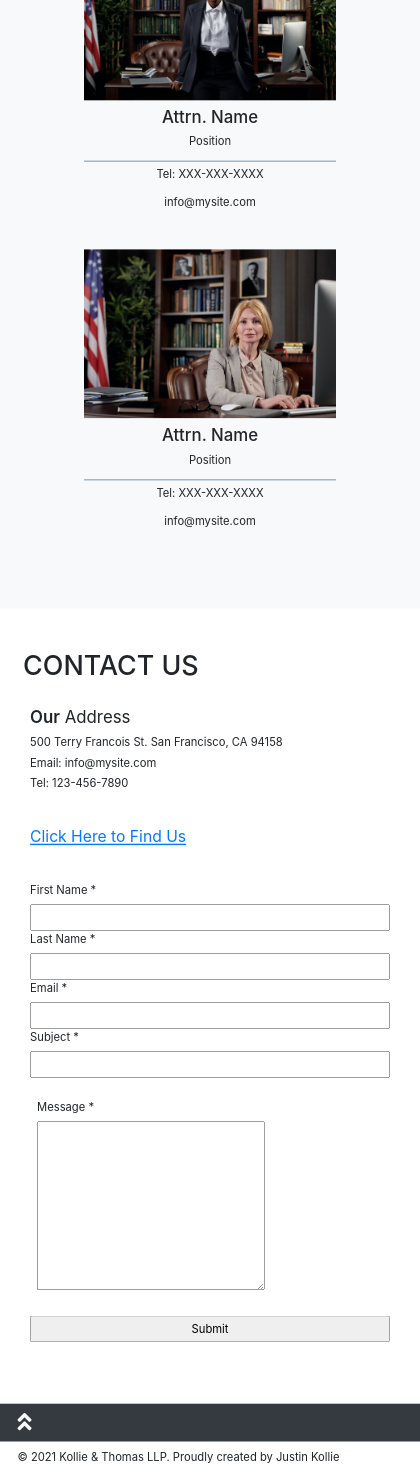
Repository: just-mann/kolllie-kolliellp
Page: index.html
An editor plug-in stored every save of this project. The page is shown before and after a run of saves, followed by the edit.
The browser window is 600 px wide. The pictures show the part of the page from y = 3825 to 6065 px (the page is 5945 px tall before and 6065 px after), at 70% of full size.

Above is the page before, as saved 2021-06-02 01:02:06.

### index.html
<!DOCTYPE html>
<html lang="en">
<head>
    <meta charset="UTF-8">
    <meta name="viewport" content="width=device-width, initial-scale=1.0">
    <meta http-equiv="X-UA-Compatible" content="ie=edge">
    <meta name="Description" content="Enter your description here"/>
    <!-- Font Awesome Icons -->
    <link rel="stylesheet" href="https://cdnjs.cloudflare.com/ajax/libs/font-awesome/5.15.3/css/all.min.css" referrerpolicy="no-referrer" />
    <link rel="stylesheet" href="https://cdnjs.cloudflare.com/ajax/libs/twitter-bootstrap/4.6.0/css/bootstrap.min.css">
    <link rel="stylesheet" href="https://cdnjs.cloudflare.com/ajax/libs/font-awesome/5.15.2/css/all.min.css">
    <link rel="stylesheet" href="assets/css/utilities.css">
    <link rel="stylesheet" href="assets/css/style.css">
    <title>Kollie & Thomas LLP</title>
</head>
<body>
    <nav class="myNavbar">
        <div class="myContainer">
            <a href="#" class="myLogo"><h3>Kollie & Thomas LLP</h3></a>
            <div class="links">
                <a href="#">Home</a>
                <a href="#practiceArea">Practice Area</a>
                <a href="#ourVision">Our Vision</a>
                <a href="#ourAttorneys">Attorneys</a>
                <a href="#contact">Contact</a>
            </div>
            <i class="fas fa-bars fa-1x toggleBar"></i>
        </div>
    </nav>
    <section class="heroSection">
        <div class="myContainer">
            <h3><span>Boutique</span>Law Firm</h3>
            <p>Specializing in Commercial Law & Litigation, Insolvency & Fraud</p>
        </div>
    </section>
    <section class="practiceArea py-5 px-3" id="practiceArea">
        <div class="myContainer">
            <div class="practiceArreaDiv px-2">
                <div class="left__side">
                    <h3><span>Practice</span> Areas</h3>
                </div>
                <div class="right__side">
                    <ul>
                        <div class="left">
                            <li><h4>Litigation</h4></li>
                            <p>Lorem ipsum dolor sit amet consectetur adipisicing elit. Accusamus cumque iusto quae minima?</p>
                            <li><h4>Insolvency</h4></li>
                            <p>Lorem ipsum dolor sit amet consectetur adipisicing elit. Accusamus cumque iusto quae minima?</p>
                            <li><h4>Dispute Resolution</h4></li>
                            <p>Lorem ipsum dolor sit amet consectetur adipisicing elit. Accusamus cumque iusto quae minima?</p>
                        </div>
                        <div class="right">
                            <li><h4>Business</h4></li>
                            <p>Lorem ipsum dolor sit amet consectetur adipisicing elit. Accusamus cumque iusto quae minima?</p>
                            <li><h4>Fraud</h4></li>
                            <p>Lorem ipsum dolor sit amet consectetur adipisicing elit. Accusamus cumque iusto quae minima?</p>
                            <li><h4>Tax</h4></li>
                            <p>Lorem ipsum dolor sit amet consectetur adipisicing elit. Accusamus cumque iusto quae minima?</p>
                        </div>
                    </ul>
                </div>
            </div>
        </div>
    </section>
    <section class="ourVision" id="ourVision">
        <div class="myContainer">
            <div class="ourVisionDiv py-5">
                <h3 class="">Our Mission</h3>
                <div>
                    <p>Lorem, ipsum dolor sit amet consectetur adipisicing elit. Deleniti, libero. Voluptatem laboriosam ipsum esse sint deserunt laudantium accusamus nam veniam ad? A deserunt nostrum rerum?</p>
                </div>
                <div>
                    <p>Lorem, ipsum dolor sit amet consectetur adipisicing elit. Deleniti, libero. Voluptatem laboriosam ipsum esse sint deserunt laudantium accusamus nam veniam ad? A deserunt nostrum rerum?</p>
                </div>
                <div>
                    <p>Lorem, ipsum dolor sit amet consectetur adipisicing elit. Deleniti, libero. Voluptatem laboriosam ipsum esse sint deserunt laudantium accusamus nam veniam ad? A deserunt nostrum rerum?</p>
                </div>
            </div>
        </div>
    </section>
    <div class="parallaxImg">
        <!-- <img src="./assets/images/heroImage.jpg" alt="parallaxImg"> -->
    </div>
    <section class="ourAttorneys py-5 px-2 bg-light" id="ourAttorneys">
        <div class="myContainer">
            <h3>Our Attorneys</h3>
            <div class="attorneysDiv mx-auto">
                <div class="attCard">
                    <img src="./assets/images/attrny1.jpg" alt="att1">
                    <div class="firstDiv">
                        <h4>Justin Kollie</h4>
                        <p>Partner</p>
                    </div>
                    <div class="secondDiv">
                        <p>Tel: XXX-XXX-XXXX</p>
                        <p>info@mysite.com</p>
                    </div>
                </div>
                <div class="attCard">
                    <img src="./assets/images/attrny1.jpg" alt="att1">
                    <div class="firstDiv">
                        <h4>Mandela P. Thomas</h4>
                        <p>Partner</p>
                    </div>
                    <div class="secondDiv">
                        <p>Tel: XXX-XXX-XXXX</p>
                        <p>info@mysite.com</p>
                    </div>
                </div>
                <div class="attCard">
                    <img src="./assets/images/attrny2.jpg" alt="att2">
                    <div class="firstDiv">
                        <h4>Attrn. Name</h4>
                        <p>Position</p>
                    </div>
                    <div class="secondDiv">
                        <p>Tel: XXX-XXX-XXXX</p>
                        <p>info@mysite.com</p>
                    </div>
                </div>
                <div class="attCard">
                    <img src="/assets/images/attrny3.jpg" alt="att3">
                    <div class="firstDiv">
                        <h4>Attrn. Name</h4>
                        <p>Position</p>
                    </div>
                    <div class="secondDiv">
                        <p>Tel: XXX-XXX-XXXX</p>
                        <p>info@mysite.com</p>
                    </div>
                </div>
            </div>
        </div>
    </section>
    <section class="contact py-5 px-2" id="contact">
        <div class="myContainer">
            <div class="contactDiv">
                <div class="left__side">
                    <h3>Contact Us</h3>
                </div>
                <div class="right__side">
                    <h4><span>Our</span> Address</h4>
                    <div class="addressDiv">
                        <p>500 Terry Francois St. San Francisco, CA 94158</p>
                        <p>Email: info@mysite.com</p>
                        <p>Tel:  123-456-7890</p>
                    </div>
                    <div class="clickToFind my-4 py-4">
                        <a href="#">Click Here to Find Us</a>
                    </div>
                    <form action="">
                        <div class="left__side">
                            <div>
                                <label for="firstName">First Name *</label>
                                <input type="text" name="firstName" required>
                            </div>
                            <div>
                                <label for="lastName">Last Name *</label>
                                <input type="text" name="lastName" required>
                            </div>
                            <div>
                                <label for="email">Email *</label>
                                <input type="email" name="name" required>
                            </div>
                            <div>
                                <label for="subject">Subject *</label>
                                <input type="text" name="subject" required>
                            </div>
                        </div>
                        <div class="right__side">
                            <label for="message">Message *</label>
                            <textarea name="message" id="message" cols="30" rows="10" required></textarea>
                        </div>
                        <div>
                            <input type="submit" value="Submit">
                        </div>
                    </form>
                </div>
            </div>
        </div>
    </section>
    <section class="backUpTop bg-dark">
        <div class="myContainer">
            <i class="fas fa-angle-double-up fa-2x text-light"></i>
        </div>
    </section>
    <footer class="footer">
        <div class="myContainer">
            <p>© 2021 Kollie & Thomas LLP. Proudly created by Justin Kollie</p>
        </div>
    </footer>
    <!-- Optional Scripts -->
    <script src="assets/scripts/myScript.js"></script>
    <script src="https://cdnjs.cloudflare.com/ajax/libs/jquery/3.5.1/jquery.slim.min.js"></script>
    <script src="https://cdnjs.cloudflare.com/ajax/libs/popper.js/1.16.1/umd/popper.min.js"></script>
    <script src="https://cdnjs.cloudflare.com/ajax/libs/twitter-bootstrap/4.6.0/js/bootstrap.min.js"></script>
</body>
</html>

### assets/css/utilities.css
:root {
    --primaryColor: #0a6880;
}

a {
    text-decoration: none;
}

a:hover {
    text-decoration: none;
}

ul li {
    list-style-type: square;
}

.myContainer {
    max-width: 900px;
    margin: 0 auto;
    padding: 10px 25px;
}

### assets/css/style.css
* {
    padding: 0;
    margin: 0;
    box-sizing: border-box;
}

html {
    scroll-behavior: smooth;
}

body {
    /* background-color: rgb(255, 255, 255); */
}

/* Navbar */
.myNavbar {
    padding: 10px 0px;
    background-color: #ffffff;
}

.myNavbar .myContainer {
    display: flex;
    justify-content: space-between;
    align-items: center;
}

.myNavbar .myContainer .myLogo h3 {
    font-size: 1.5em;
}

.myNavbar .myContainer .links {
    display: flex;
    justify-content: center;
    align-items: center;
}

.toggleBar {
    font-size: 1.6em;
    display: none;
    transition: cursor 0.6s;
}

.toggleBar:hover {
    cursor: pointer;
}

.ourVision {
    background-color: var(--primaryColor);
    color: white;
    /* padding: 30px 10px; */
}

.ourVisionDiv h3 {
    font-weight: 400;
    font-size: 2.6rem;
    text-align: left;
    margin-bottom: 25px;
    /* margin: 40px auto; */
}

.ourVisionDiv p {
    font-weight:300;
    font-size: 1.2rem;
    line-height: 2rem;
}

.parallaxImg {
    background-image: url('../images/parallaxImg.jpg');
    min-height: 500px;
    background-attachment: fixed;
    background-position: center;
    background-origin: center;
    background-repeat: no-repeat;
    background-size: cover;
}

.parallaxImg img {
    width: 100%;
}

.contactDiv .left__side h3 {
    font-weight: 450;
}

.contactDiv .right__side h4 {
    font-weight: 400;
}

.contactDiv .right__side h4 span {
    font-weight: 600;
}

.contactDiv .right__side .addressDiv p {
    font-size: 1rem;
    font-weight: 400;
    margin: 5px 0px;
}

.contactDiv .right__side .clickToFind a {
    text-decoration: underline;
    font-size: 1.4rem;
}

@media screen and (max-width: 700px) {
    .myNavbar .myContainer .links {
        display: none;
    }

    .toggleBar {
        display: block;
    }

    .heroSection {
        position: relative;
        height: 75vh;
        display: flex;
        justify-content: center;
        align-items: center;
        background-color: #ffffff;
        background: url('../images/heroImage.jpg') no-repeat center center / cover;
    }

    .heroSection .myContainer * {
        z-index: 100;
    }

    .heroSection::before {
        position: absolute;
        content: "";
        top: 45;
        bottom: 40;
        right: 0;
        background: rgba(8, 54, 66, 0.6);
        width: 97%;
        height: 80%;
        z-index: 0;
    }

    .heroSection .myContainer h3 span {
        color: white;
        font-size: 3rem;
        font-weight: 600;
        text-transform: uppercase;
        display: block;
    }

    .heroSection .myContainer h3 {
        color: white;
        font-size: 2rem;
        text-transform: uppercase;
    }

    .heroSection .myContainer p {
        color: white;
    }

    .left__side h3 span {
        font-size: 2.5rem;
        text-transform: uppercase;
        display: block;
        font-weight: 600;
    }

    .left__side h3 {
        font-size: 2.4rem;
        text-transform: uppercase;
        font-weight: 300;
    }

    .right__side {
        padding: 30px 10px;
        /* background-color: white; */
    }

    .parallaxImg {
        background-image: url('../images/parallaxImg.jpg');
        min-height: 500px;
        background-attachment: scroll;
        background-position: center;
        background-repeat: no-repeat;
        background-size: cover;
    }

    .attorneysDiv {
        grid-template-columns: 1fr;
        width: 100%;
        margin: 0 auto;
    }

    .ourAttorneys .myContainer h3 {
        text-align: center;
        font-size: 2.8em;
        font-weight: 350;
        margin-bottom: 25px;
    }

    .attCard {
        width: 75%;
        padding: 0px 20px;
        margin: 0px auto 35px auto;
        /* text-align: center; */
    }

    .attCard img {
        min-height: 200px;
        width: 100%;
    }

    .attCard .firstDiv {
        padding: 10px 0px 0px 0px;
        text-align: center;
        border-bottom: 2px solid #6991ac9d;
    }

    .secondDiv {
        text-align: center;
        padding: 5px 0px;
    }

    form {
        /* background: pink; */
        width: 100%;
    }

    form div {
        margin:
    }

    form div label, form div input {
        width: 100%;
    }

    form div input {
        padding: 5px 15px;
    }





}

### assets/scripts/myScript.js
console.log('It works');

After the next 4 saves:
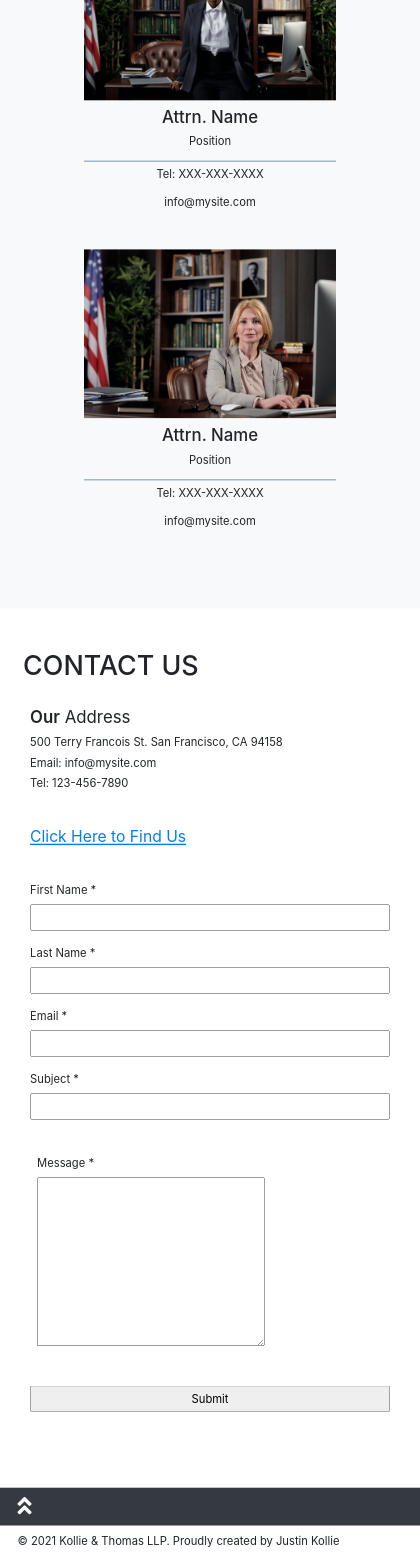
The 4 saves are shown as one change because they came seconds apart.
The last was saved 10 s later.
--- a/assets/css/style.css
+++ b/assets/css/style.css
@@ -223,7 +223,7 @@ body {
     }
 
     form div {
-        margin:
+        margin: 20px 0px
     }
 
     form div label, form div input {
